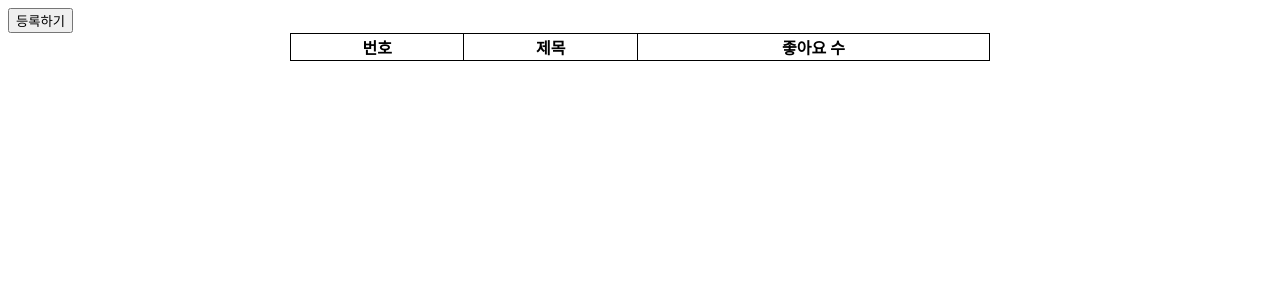
Repository: kimgame102/JSP
Page: http://localhost/my4_menu/list
An editor plug-in stored every save of this project. The page is shown before and after the next save, followed by the edit.
The browser window is 1280 px wide. The pictures show the whole page.
The page is served by Tomcat 9. Other server files are loaded and not shown. Queries for data that is not in the repository find no rows.

Above is the page before, as saved 2024-09-09 17:32:12.

### my4_menu/src/main/webapp/menu.jsp
<%@page import="com.app.jdbc.menu.vo.MenuVO"%>
<%@page import="java.util.List"%>
<%@ page language="java" contentType="text/html; charset=UTF-8"
    pageEncoding="UTF-8"%>
<!DOCTYPE html>
<html>
<head>
<meta charset="UTF-8">
<title>Menu</title>
<style>
	table {
		width: 700px;
		margin: 0 auto;
		text-align: center;
		border-collapse: collapse;
		border: 1px solid black;
	}

	td, th {
		border: 1px solid black;
	}
</style>
</head>
<body>
	<% List<MenuVO> menus = (List<MenuVO>)request.getAttribute("menus"); %>
	<button id="go-write">등록하기</button>
	<table>
		<tr>
			<th>번호</th>
			<th>제목</th>
			<th>좋아요 수</th>
		</tr>
		<%for(MenuVO menuVO: menus) {%>
			<tr>
				<td><%=menuVO.getId()%></td>
				<td><a href="read?id=<%=menuVO.getId() %>"><%=menuVO.getMenuName()%></a></td>
				<td><%=menuVO.getMenuPrice()%></td>
			</tr>
		<%} %>
	</table>
</body>
<script>
	const goWriteButton = document.getElementById("go-write");
	goWriteButton.addEventListener("click", (e) => {
		// 이동
		location.href = "write";
	});
</script>
</html>

### my4_menu/src/main/java/com/app/jdbc/menu/servlet/MenuList.java
package com.app.jdbc.menu.servlet;

import java.io.IOException;
import java.util.List;

import javax.servlet.ServletException;
import javax.servlet.http.HttpServlet;
import javax.servlet.http.HttpServletRequest;
import javax.servlet.http.HttpServletResponse;

import com.app.jdbc.menu.dao.MenuDAO;
import com.app.jdbc.menu.vo.MenuVO;


public class MenuList extends HttpServlet{

	private static final long serialVersionUID = 1L;

	@Override
	protected void doGet(HttpServletRequest req, HttpServletResponse resp) throws ServletException, IOException {
		MenuDAO menuDAO = new MenuDAO();
		List<MenuVO> menus = menuDAO.selectAll();

		req.setAttribute("menus", menus);
		req.getRequestDispatcher("menu.jsp").forward(req, resp);
	}

}

### my4_menu/src/main/java/com/app/jdbc/menu/dao/MenuDAO.java
package com.app.jdbc.menu.dao;

import java.sql.Connection;
import java.sql.PreparedStatement;
import java.sql.ResultSet;
import java.sql.SQLException;
import java.util.ArrayList;
import java.util.List;

import com.app.jdbc.menu.config.Configuration;
import com.app.jdbc.menu.vo.MenuVO;

public class MenuDAO {
    private Connection connection;
    private PreparedStatement preparedStatement;
    private ResultSet resultSet;

    // 전체 메뉴 조회
    public List<MenuVO> selectAll() {
        String query = "SELECT ID, MENU_NAME, MENU_PRICE FROM TBL_MENU";
        MenuVO menuVO = null;
        List<MenuVO> menuList = new ArrayList<>();
        try {
            connection = Configuration.getConnection();
            preparedStatement = connection.prepareStatement(query);
            resultSet = preparedStatement.executeQuery();

            while (resultSet.next()) {
                menuVO = new MenuVO();
                menuVO.setId(resultSet.getLong(1));           // ID
                menuVO.setMenuName(resultSet.getString(2));   // MENU_NAME
                menuVO.setMenuPrice(resultSet.getInt(3));     // MENU_PRICE
                menuList.add(menuVO);
            }
        } catch (SQLException e) {
            System.out.println("selectAll() SQL 오류");
            e.printStackTrace();
        } catch (Exception e) {
            System.out.println("알 수 없는 오류");
            e.printStackTrace();
        } finally {
            try {
                if (resultSet != null) {
                    resultSet.close();
                }
                if (preparedStatement != null) {
                    preparedStatement.close();
                }
                if (connection != null) {
                    connection.close();
                }
            } catch (SQLException e) {
                e.printStackTrace();
                throw new RuntimeException();
            }
        }
        return menuList;
    }

    // 메뉴 추가
    public void insert(MenuVO menuVO) {
        String query = "INSERT INTO TBL_MENU (ID, MENU_NAME, MENU_PRICE) VALUES (SEQ_MENU.NEXTVAL, ?, ?)";
        try {
            connection = Configuration.getConnection();
            preparedStatement = connection.prepareStatement(query);
            preparedStatement.setString(1, menuVO.getMenuName());
            preparedStatement.setInt(2, menuVO.getMenuPrice());
            preparedStatement.executeUpdate();
        } catch (SQLException e) {
            System.out.println("insert(MenuVO) SQL 오류");
            e.printStackTrace();
        } catch (Exception e) {
            System.out.println("알 수 없는 오류");
            e.printStackTrace();
        } finally {
            try {
                if (preparedStatement != null) {
                    preparedStatement.close();
                }
                if (connection != null) {
                    connection.close();
                }
            } catch (SQLException e) {
                e.printStackTrace();
                throw new RuntimeException();
            }
        }
    }

    // 메뉴 조회 by ID
    public MenuVO selectById(Long id) {
        String query = "SELECT ID, MENU_NAME, MENU_PRICE FROM TBL_MENU WHERE ID = ?";
        MenuVO menuVO = null;

        try {
            connection = Configuration.getConnection();
            preparedStatement = connection.prepareStatement(query);
            preparedStatement.setLong(1, id);
            resultSet = preparedStatement.executeQuery();

            if (resultSet.next()) {
                menuVO = new MenuVO();
                menuVO.setId(resultSet.getLong(1));           // ID
                menuVO.setMenuName(resultSet.getString(2));   // MENU_NAME
                menuVO.setMenuPrice(resultSet.getInt(3));     // MENU_PRICE
            }
        } catch (SQLException e) {
            System.out.println("selectById(Long) SQL 오류");
            e.printStackTrace();
        } catch (Exception e) {
            System.out.println("알 수 없는 오류");
            e.printStackTrace();
        } finally {
            try {
                if (resultSet != null) {
                    resultSet.close();
                }
                if (preparedStatement != null) {
                    preparedStatement.close();
                }
                if (connection != null) {
                    connection.close();
                }
            } catch (SQLException e) {
                e.printStackTrace();
                throw new RuntimeException();
            }
        }
        return menuVO;
    }

    // 메뉴 수정
    public void update(MenuVO menuVO) {
        String query = "UPDATE TBL_MENU SET MENU_NAME = ?, MENU_PRICE = ? WHERE ID = ?";
        try {
            connection = Configuration.getConnection();
            preparedStatement = connection.prepareStatement(query);
            preparedStatement.setString(1, menuVO.getMenuName());  // 1번째 자리: MENU_NAME
            preparedStatement.setInt(2, menuVO.getMenuPrice());    // 2번째 자리: MENU_PRICE
            preparedStatement.setLong(3, menuVO.getId());          // 3번째 자리: ID

            preparedStatement.executeUpdate();
        } catch (SQLException e) {
            System.out.println("update(MenuVO) SQL 오류");
            e.printStackTrace();
        } catch (Exception e) {
            System.out.println("알 수 없는 오류");
            e.printStackTrace();
        } finally {
            try {
                if (preparedStatement != null) {
                    preparedStatement.close();
                }
                if (connection != null) {
                    connection.close();
                }
            } catch (SQLException e) {
                e.printStackTrace();
                throw new RuntimeException();
            }
        }
    }

    // 메뉴 삭제
    public void delete(Long id) {
        String query = "DELETE FROM TBL_MENU WHERE ID = ?";
        try {
            connection = Configuration.getConnection();
            preparedStatement = connection.prepareStatement(query);
            preparedStatement.setLong(1, id);

            preparedStatement.executeUpdate();
        } catch (SQLException e) {
            System.out.println("delete(Long) SQL 오류");
            e.printStackTrace();
        } catch (Exception e) {
            System.out.println("알 수 없는 오류");
            e.printStackTrace();
        } finally {
            try {
                if (preparedStatement != null) {
                    preparedStatement.close();
                }
                if (connection != null) {
                    connection.close();
                }
            } catch (SQLException e) {
                e.printStackTrace();
                throw new RuntimeException();
            }
        }
    }
}

### my4_menu/src/main/java/com/app/jdbc/menu/config/Configuration.java
package com.app.jdbc.menu.config;

import java.sql.Connection;
import java.sql.DriverManager;
import java.sql.SQLException;

public class Configuration {

	public static Connection getConnection() {
		Connection connection = null;

		String userName = "scott";
		String password = "1234";
		String url = "jdbc:oracle:thin:@localhost:1521:XE";

		try {
			Class.forName("oracle.jdbc.driver.OracleDriver");
			connection = DriverManager.getConnection(url, userName, password);
		} catch (ClassNotFoundException e) {
			System.out.println("드라이버 로딩 실패");
			e.printStackTrace();
		} catch (SQLException e) {
			System.out.println("연결 정보 오류");
			e.printStackTrace();
		}

		return connection;
	}

}

After the next save:
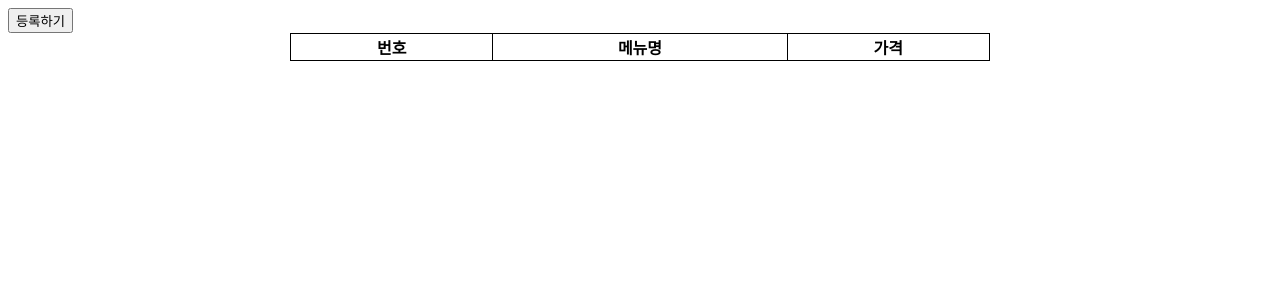
Saved 29 s later.
--- a/my4_menu/src/main/webapp/menu.jsp
+++ b/my4_menu/src/main/webapp/menu.jsp
@@ -27,8 +27,8 @@
 	<table>
 		<tr>
 			<th>번호</th>
-			<th>제목</th>
-			<th>좋아요 수</th>
+			<th>메뉴명</th>
+			<th>가격</th>
 		</tr>
 		<%for(MenuVO menuVO: menus) {%>
 			<tr>
